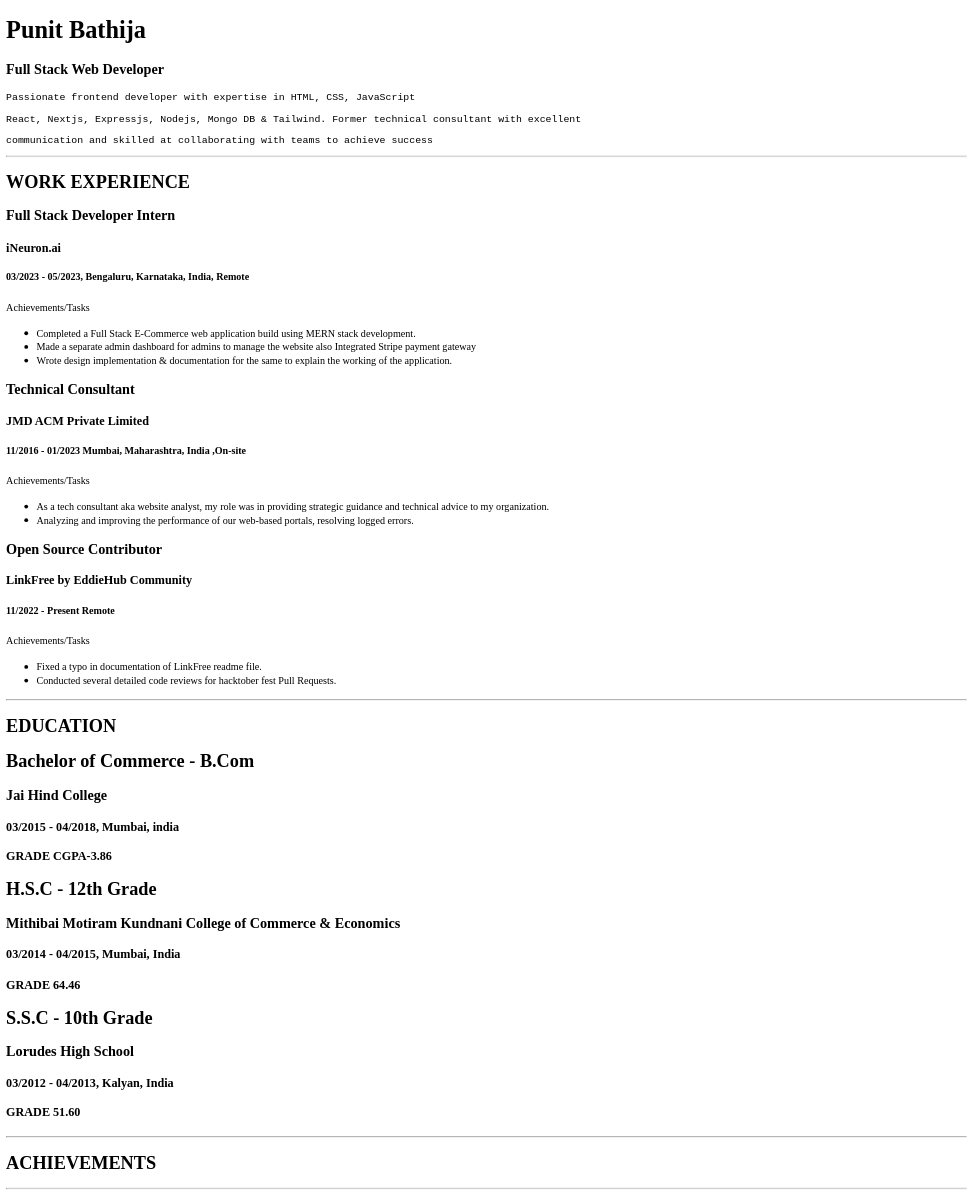
Repository: punitbathija/Placement-Assitance-iNeuron
Page: index.html
An editor plug-in stored every save of this project. The page is shown before and after the next save, followed by the edit.
The browser window is 1280 px wide. The pictures show the whole page, at 76% of full size.

Above is the page before, as saved 2023-05-18 12:31:36.

### index.html
<!DOCTYPE html>
<html lang="en">
  <head>
    <meta charset="UTF-8" />
    <meta http-equiv="X-UA-Compatible" content="IE=edge" />
    <meta name="viewport" content="width=device-width, initial-scale=1.0" />
    <title>Document</title>
  </head>
  <body>
    <header>
      <h1>Punit Bathija</h1>
      <h3>Full Stack Web Developer</h3>
      <pre>
Passionate frontend developer with expertise in HTML, CSS, JavaScript</pre
      >
      <pre>
React, Nextjs, Expressjs, Nodejs, Mongo DB & Tailwind. Former technical consultant with excellent</pre
      >
      <pre>
communication and skilled at collaborating with teams to achieve success</pre
      >
    </header>
    <hr />
    <section>
      <h1>WORK EXPERIENCE</h1>
      <div>
        <h3>Full Stack Developer Intern</h3>
        <h4>iNeuron.ai</h4>
        <h5>03/2023 - 05/2023, Bengaluru, Karnataka, India, Remote</h5>
        <small>Achievements/Tasks</small>
        <ul>
          <li>
            <small
              >Completed a Full Stack E-Commerce web application build using
              MERN stack development.</small
            >
          </li>
          <li>
            <small
              >Made a separate admin dashboard for admins to manage the website
              also Integrated Stripe payment gateway
            </small>
          </li>
          <li>
            <small
              >Wrote design implementation & documentation for the same to
              explain the working of the application.
            </small>
          </li>
        </ul>
      </div>
      <div>
        <h3>Technical Consultant</h3>
        <h4>JMD ACM Private Limited</h4>
        <h5>11/2016 - 01/2023 Mumbai, Maharashtra, India ,On-site</h5>
        <small>Achievements/Tasks</small>
        <ul>
          <li>
            <small
              >As a tech consultant aka website analyst, my role was in
              providing strategic guidance and technical advice to my
              organization.</small
            >
          </li>
          <li>
            <small
              >Analyzing and improving the performance of our web-based portals,
              resolving logged errors.
            </small>
          </li>
        </ul>
      </div>
      <div>
        <h3>Open Source Contributor</h3>
        <h4>LinkFree by EddieHub Community</h4>
        <h5>11/2022 - Present Remote</h5>
        <small>Achievements/Tasks</small>
        <ul>
          <li>
            <small
              >Fixed a typo in documentation of LinkFree readme file.</small
            >
          </li>
          <li>
            <small
              >Conducted several detailed code reviews for hacktober fest Pull
              Requests.
            </small>
          </li>
        </ul>
      </div>
    </section>
    <hr />
    <section>
      <h1>EDUCATION</h1>
      <div>
        <h2>Bachelor of Commerce - B.Com</h2>
        <h3>Jai Hind College</h3>
        <h4>03/2015 - 04/2018, Mumbai, india</h4>
        <h4>GRADE CGPA-3.86</h4>
      </div>
      <div>
        <h2>H.S.C - 12th Grade</h2>
        <h3>Mithibai Motiram Kundnani College of Commerce & Economics</h3>
        <h4>03/2014 - 04/2015, Mumbai, India</h4>
        <h4>GRADE 64.46</h4>
      </div>
      <div>
        <h2>S.S.C - 10th Grade</h2>
        <h3>Lorudes High School</h3>
        <h4>03/2012 - 04/2013, Kalyan, India</h4>
        <h4>GRADE 51.60</h4>
      </div>
    </section>
    <hr />
    <section>
      <h1>ACHIEVEMENTS</h1>
      <link><a href="https://www.freecodecamp.org/certification/fcc5a76ec11-aefa-4ffc-b5b4-83b6dda548be/responsive-web-design"></a></link>
    </section>
    <hr />
  </body>
</html>

After the next save:
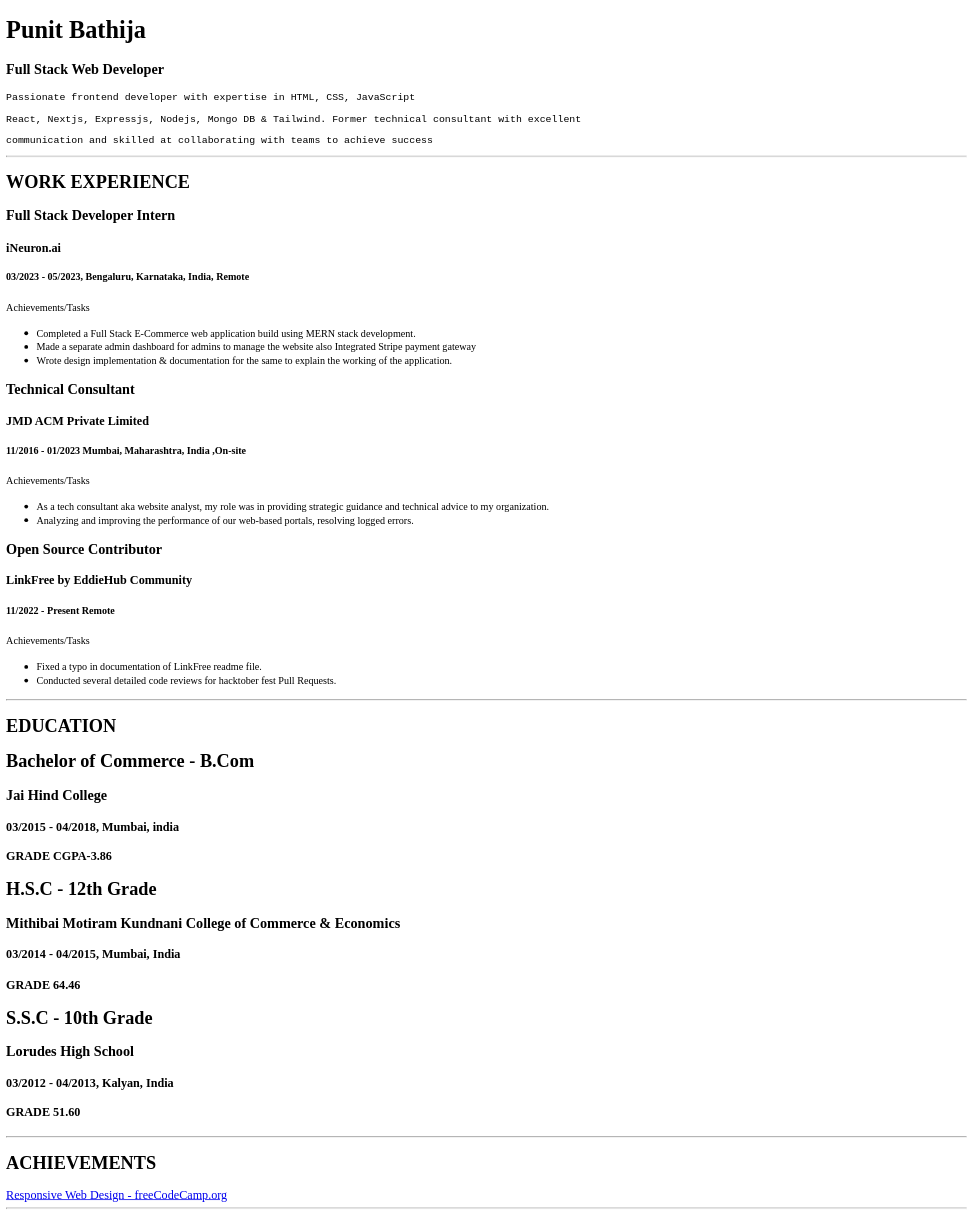
Saved 59 s later.
--- a/index.html
+++ b/index.html
@@ -115,7 +115,7 @@ communication and skilled at collaborating with teams to achieve success</pre
     <hr />
     <section>
       <h1>ACHIEVEMENTS</h1>
-      <link><a href="https://www.freecodecamp.org/certification/fcc5a76ec11-aefa-4ffc-b5b4-83b6dda548be/responsive-web-design"></a></link>
+      <link><a href="https://www.freecodecamp.org/certification/fcc5a76ec11-aefa-4ffc-b5b4-83b6dda548be/responsive-web-design">Responsive Web Design - freeCodeCamp.org</a></link>
     </section>
     <hr />
   </body>

After the save that followed:
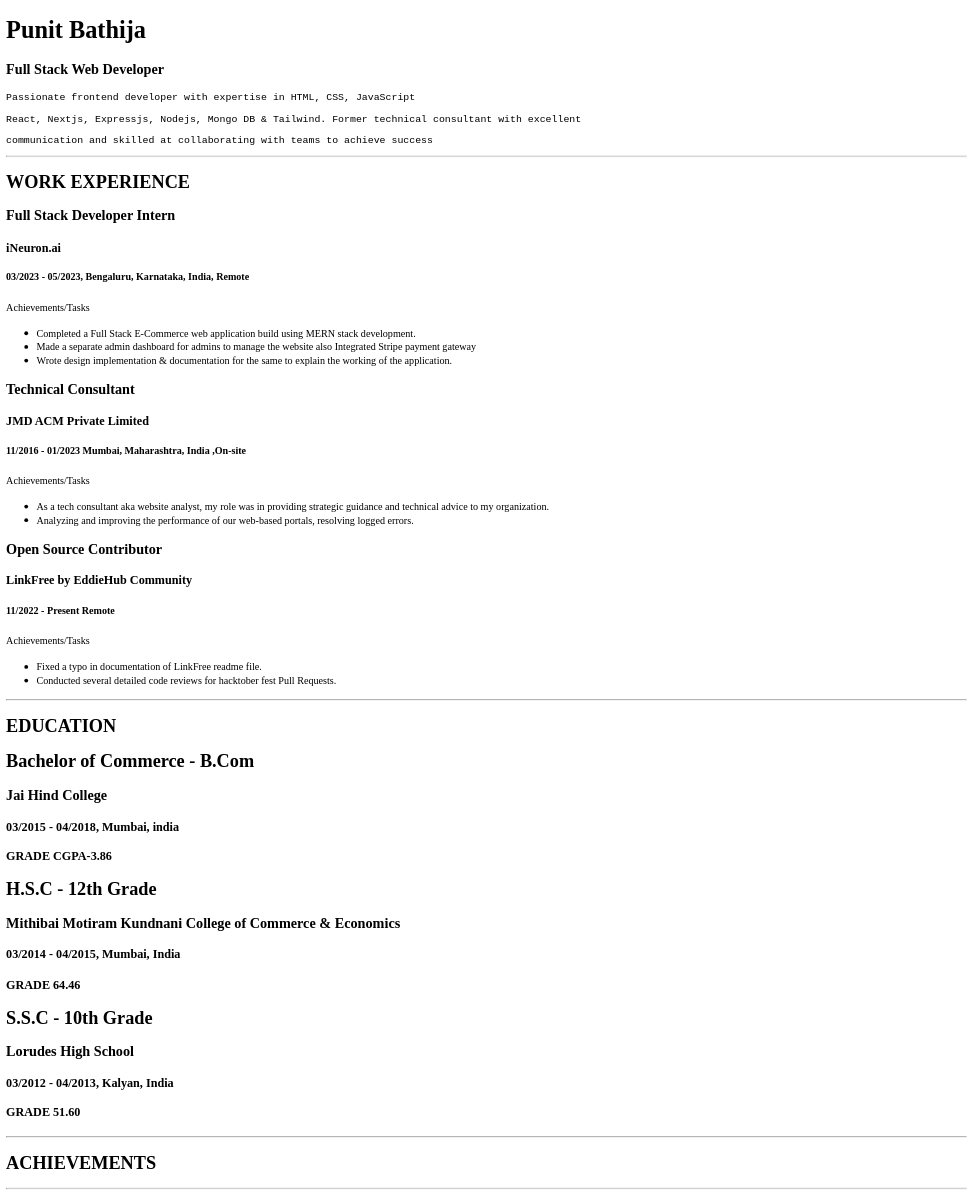
Saved 31 s later.
--- a/index.html
+++ b/index.html
@@ -115,7 +115,9 @@ communication and skilled at collaborating with teams to achieve success</pre
     <hr />
     <section>
       <h1>ACHIEVEMENTS</h1>
-      <link><a href="https://www.freecodecamp.org/certification/fcc5a76ec11-aefa-4ffc-b5b4-83b6dda548be/responsive-web-design">Responsive Web Design - freeCodeCamp.org</a></link>
+      <a
+        href="https://www.freecodecamp.org/certification/fcc5a76ec11-aefa-4ffc-b5b4-83b6dda548be/responsive-web-design"
+      ></a>
     </section>
     <hr />
   </body>
